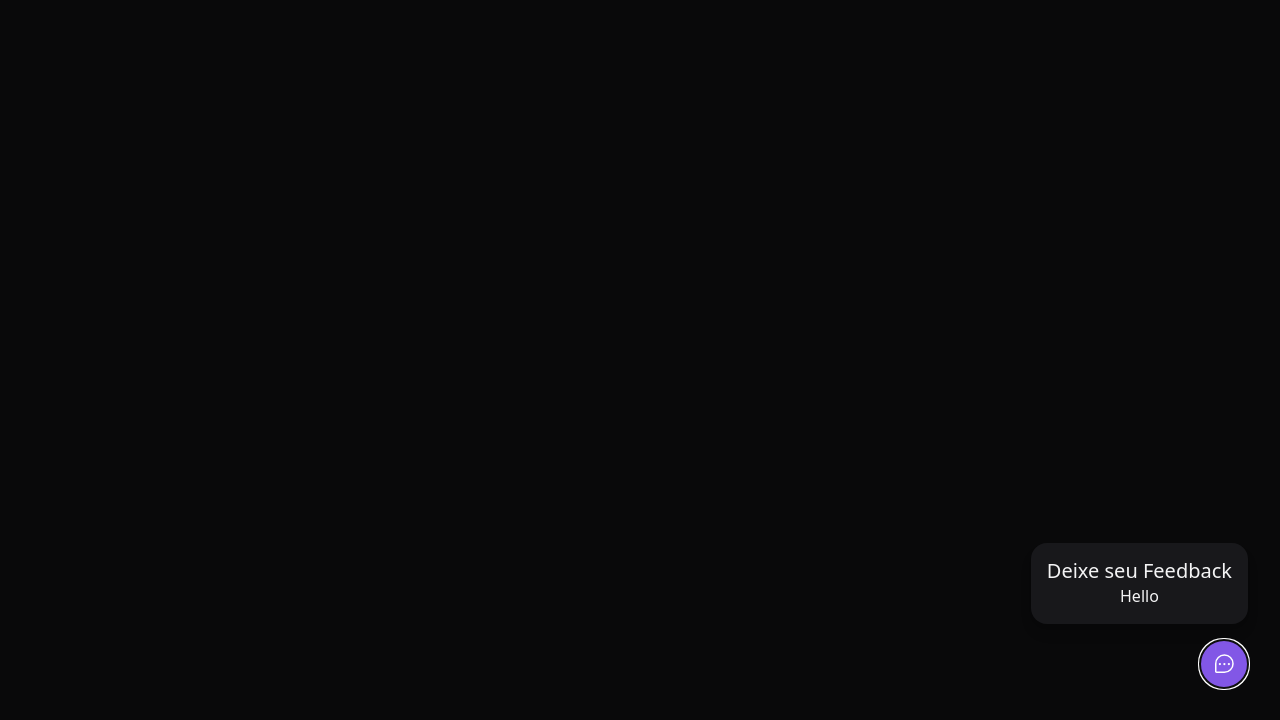
Repository: guilhermecardoso93/nlwreturn-react
Page: /, after clicking the first element matching `#headlessui-popover-button-4`
These files come from the project's save history. The page is drawn as it stood at one moment and after the next save; the edit follows.
The browser window is 1280 px wide. The pictures show the whole page.
The project was rebuilt for these pictures with package versions that can differ from the ones it lists, and the page was loaded fresh each time. Also part of the build but not shown: vite.config.ts.

Above is the page before, as saved 2022-05-03 20:49:10.

### src/main.tsx
import React from "react";
import ReactDOM from "react-dom";
import { App } from "./App";

import "./global.css";

ReactDOM.render(
  <React.StrictMode>
    <App />
  </React.StrictMode>,
  document.getElementById("root")
);

### src/App.tsx
import { Widget } from "./components/Widget";

export function App() {
  return (
    <>
      <Widget/>
    </>
  );
}

### src/global.css
@tailwind base;
@tailwind components;
@tailwind utilities;

body {
  @apply bg-[#09090a] text-zinc-100
}

### src/components/Widget.tsx
import { Popover } from "@headlessui/react";
import { ChatTeardropDots } from "phosphor-react";
import { WidgetForm } from "./WidgetForm";

export function Widget() {
  return (
    <>
      <Popover className="absolute bottom-4 right-4 md:bottom-8 md:right-8 flex flex-col items-end">
        <Popover.Panel>
          <WidgetForm/>
        </Popover.Panel>
        <Popover.Button className="bg-brand-500 rounded-full px-3 h-12 text-white flex items-center group">
          <ChatTeardropDots className="w-6 h-6" />
          <span className="max-w-0 overflow-hidden group-hover:max-w-xs transition-all duration-500 ease-linear">
            <span className="pl-2"></span>
            Feedback
          </span>
        </Popover.Button>
      </Popover>
    </>
  );
}

### src/components/WidgetForm.tsx
export function WidgetForm() {
  return (
    <div className="bg-zinc-900 p-4 relative rounded-2xl mb-4 flex flex-col items-center shadow-lg w-[calc(100vw-2rem)] md:w-auto">
      <header>
        <span className="text-xl leading-6">Deixe seu Feedback</span>
      </header>
      <p>Hello</p>
      <footer></footer>
    </div>
  );
}

Loaded but not shown: index.html (common file); tailwind.config.js (common file)

After the next save:
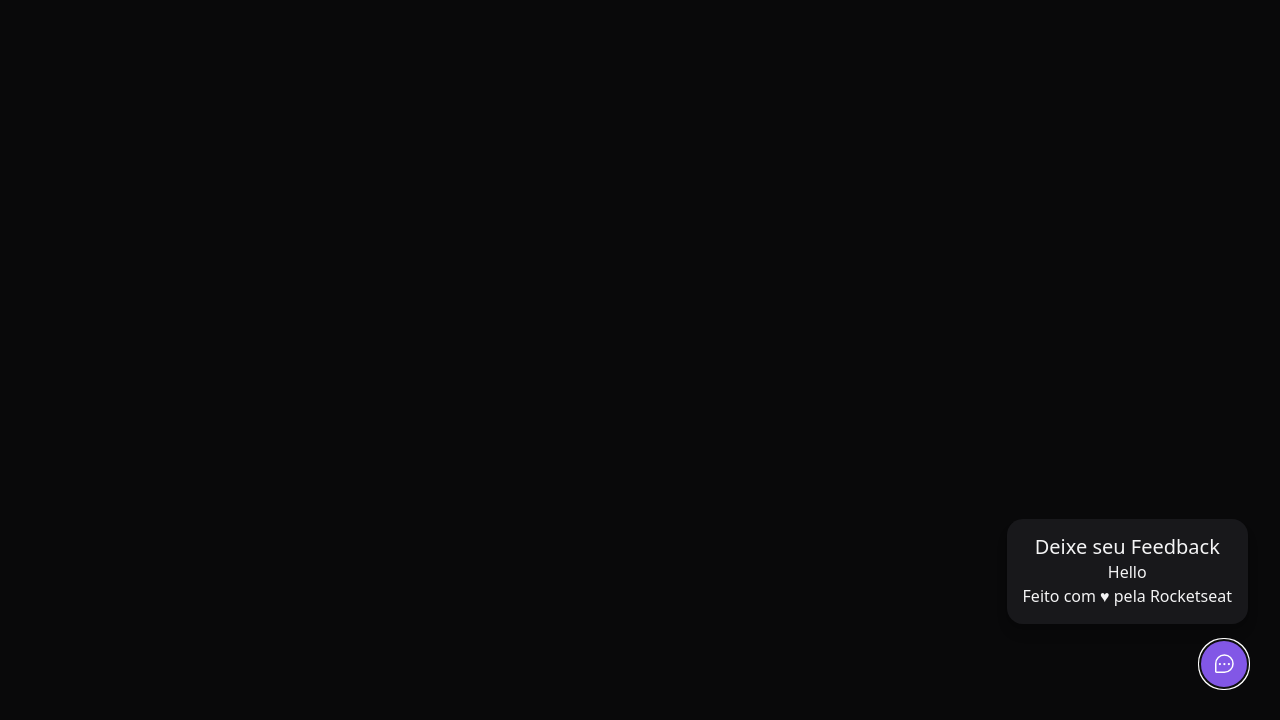
Saved 6 min 23 s later.
--- a/src/components/WidgetForm.tsx
+++ b/src/components/WidgetForm.tsx
@@ -1,11 +1,14 @@
 export function WidgetForm() {
   return (
-    <div className="bg-zinc-900 p-4 relative rounded-2xl mb-4 flex flex-col items-center shadow-lg w-[calc(100vw-2rem)] md:w-auto">
+    <div
+      className="bg-zinc-900 p-4 relative rounded-2xl mb-4
+              flex flex-col items-center shadow-lg w-[calc(100vw-2rem)] md:w-auto"
+    >
       <header>
         <span className="text-xl leading-6">Deixe seu Feedback</span>
       </header>
       <p>Hello</p>
-      <footer></footer>
+      <footer>Feito com ♥ pela Rocketseat</footer>
     </div>
   );
 }
